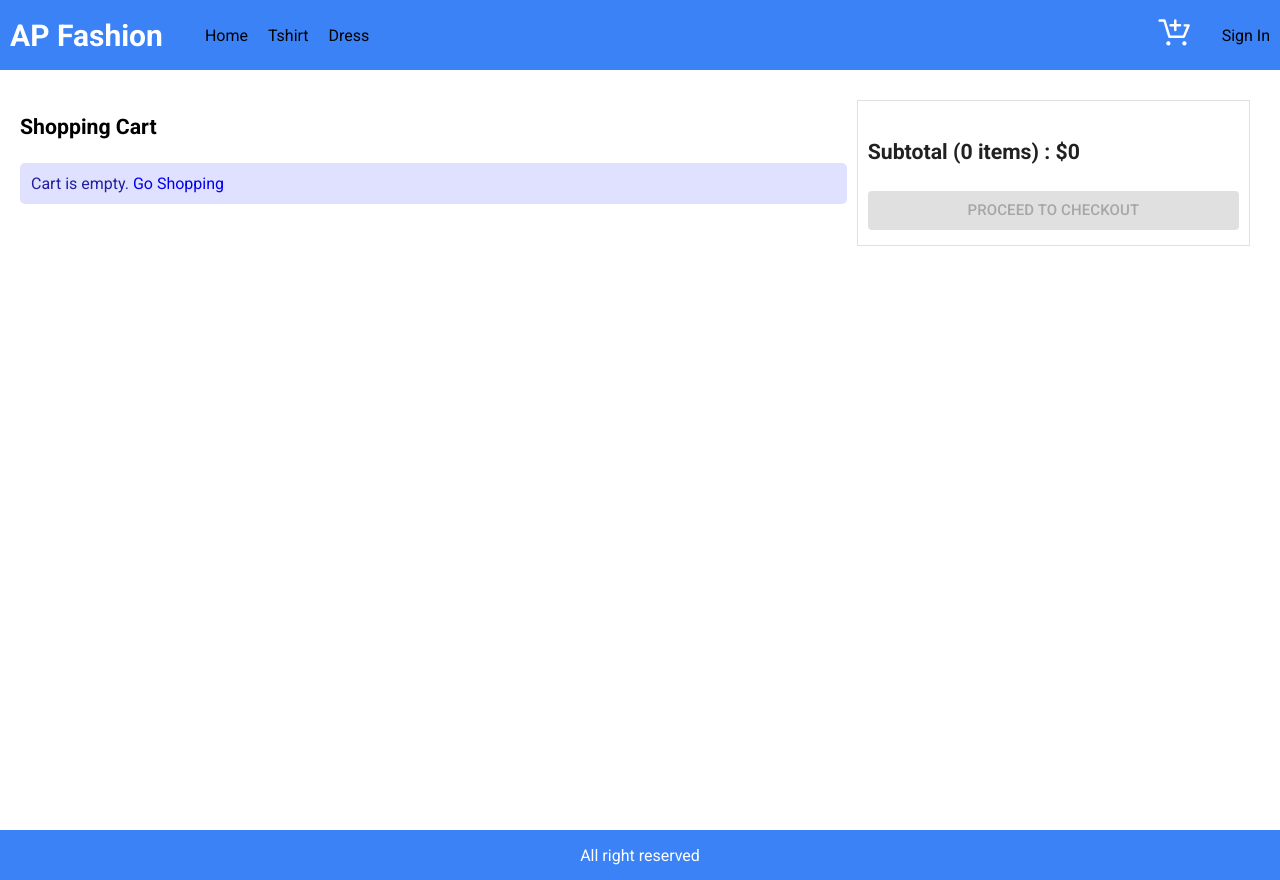
Repository: rexhep/e-commerce
Page: /cart (app in frontend/)
An editor plug-in stored every save of this project. The page is shown before and after the next save, followed by the edit.
The browser window is 1280 px wide. The pictures show the whole page.
The project was rebuilt for these pictures with package versions that can differ from the ones it lists, and the page was loaded fresh each time. Also part of the build but not shown: frontend/src/actions/userActions.js, frontend/src/components/clientHeader/ClientHeader.jsx, frontend/src/components/LoadingBox.js, frontend/src/components/clientHeader/HeaderSlider.jsx, frontend/src/components/SearchFilters.jsx, frontend/src/components/Rating.js, frontend/src/actions/ratingsAction.js, frontend/src/components/products/Product.js and 26 more.

Above is the page before, as saved 2021-10-28 01:24:55.

After the next save:
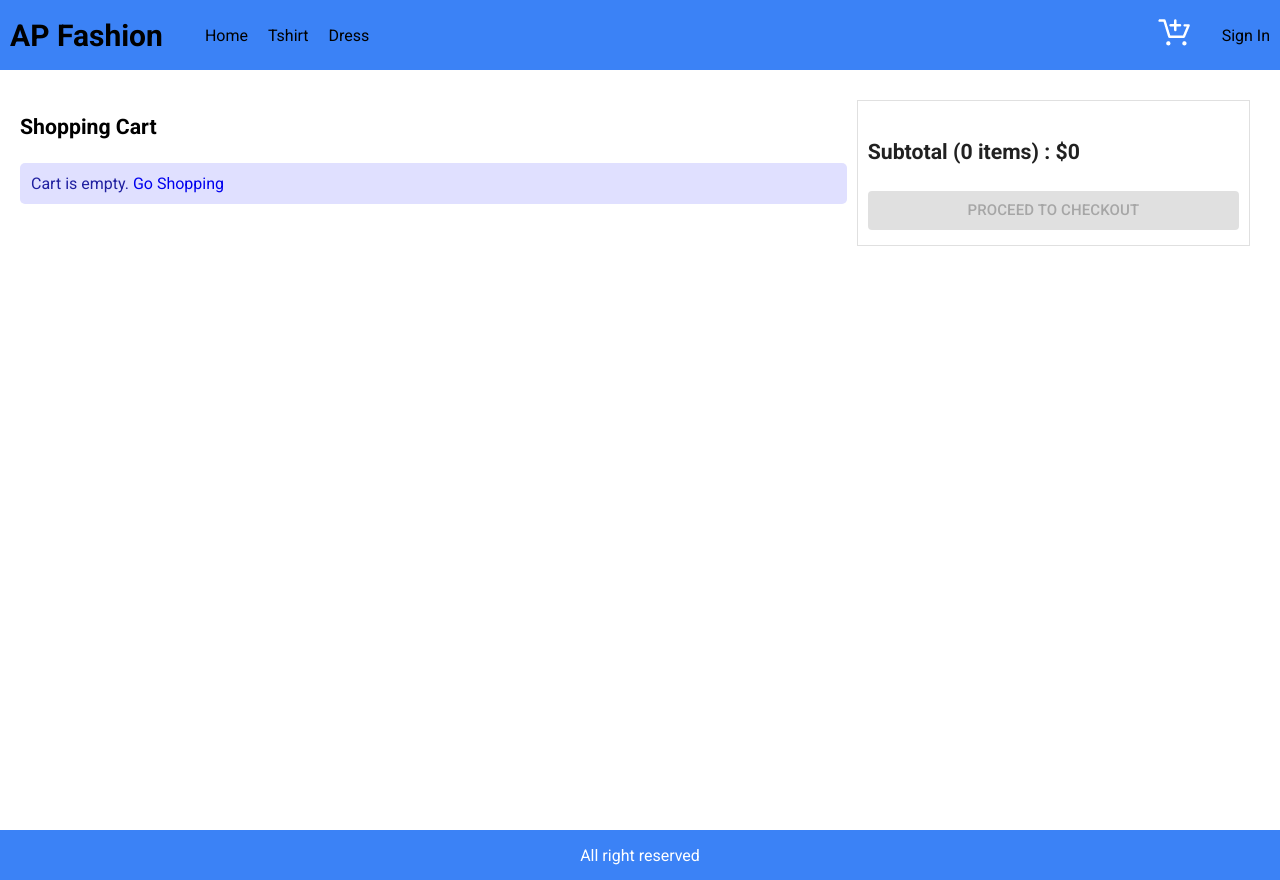
Saved 7 s later.
--- a/frontend/src/index.css
+++ b/frontend/src/index.css
@@ -134,14 +134,14 @@ button.small {
 
 /* Header */
 header {
-  color: #fff;
+  color: #000;
   padding: 1rem;
 }
 header div a {
   color: #000;
 }
 a.brand {
-  color: white;
+  color: #000;
   font-size: 3rem;
   font-weight: bold;
 }
